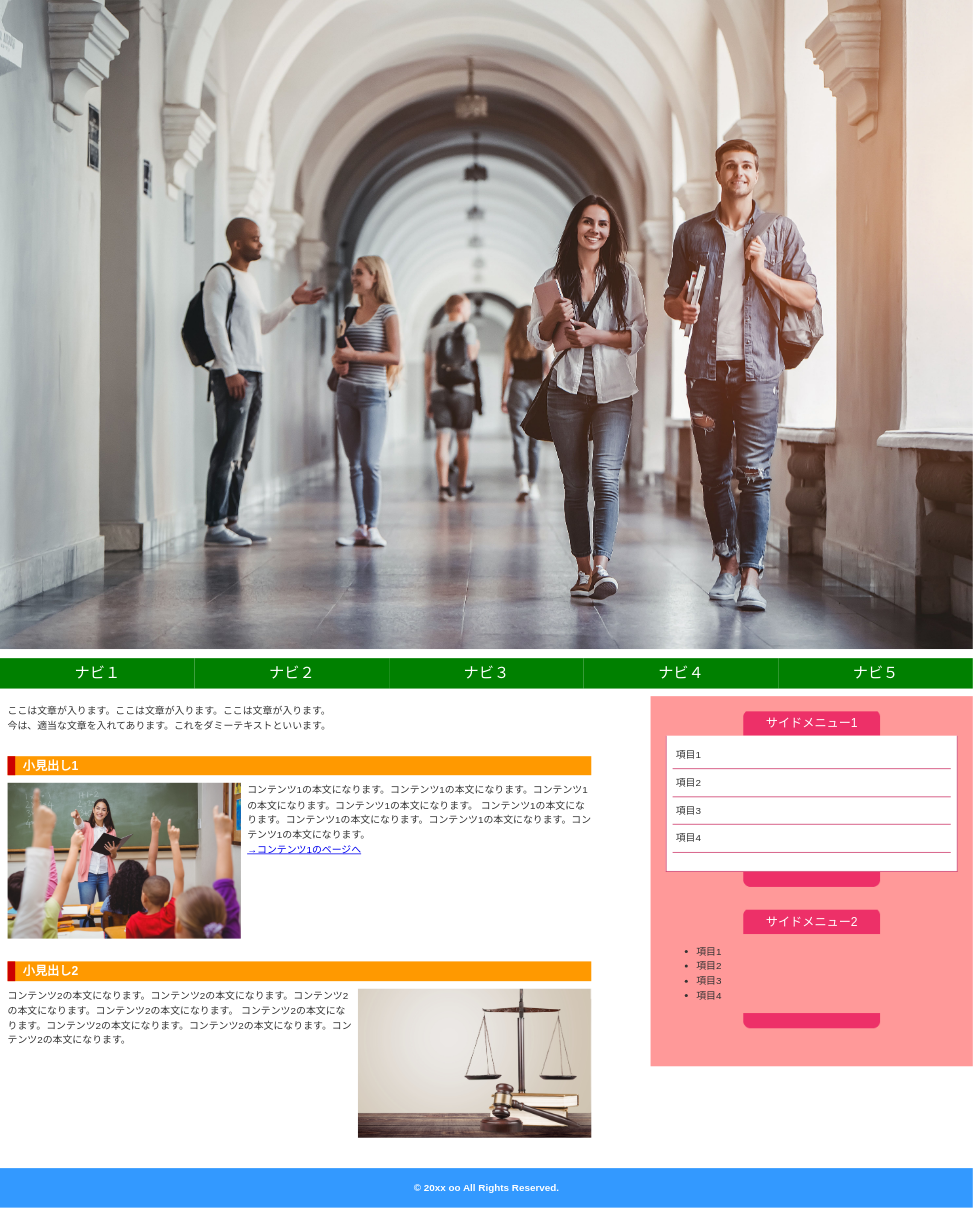
Repository: yoshi1924/samurai_HTML-CSS
Page: home.html
The author's editor kept a record of every edit. The page is drawn from the files as they stood at one moment, then again after the next edit.
The browser window is 1280 px wide. The pictures show the whole page, at 76% of full size.
The pointer rests on the first visible `#side .box .boxBody ul li`.

Above is the page before.

### home.html
    <!DOCTYPE html>
    <html lang="ja">
    <head>
        <meta charset="UTF-8">
        <title>HTML/CSSの学習</title>
        <link rel="stylesheet" href="stylesheet.css">
    </head>
    <body>
        <div id="header">
            <h1><a href="index.html"><img id="corridor" src="images/corridor.jpg" alt="大学の廊下" /></a></h1>
        </div>

        <div id="wrapper">
            <div id="nav">
                <ul>
                    <li><a href="home.html">ナビ１</a></li>
                    <li><a href="#">ナビ２</a></li>
                    <li><a href="#">ナビ３</a></li>
                    <li><a href="#">ナビ４</a></li>
                    <li><a href="#">ナビ５</a></li>
                </ul>
            </div>
        </div>
            <div id="container">
                <div id="main">
                    <div class="post">
                        <p>ここは文章が入ります。ここは文章が入ります。ここは文章が入ります。<br />今は、適当な文章を入れてあります。これをダミーテキストといいます。</p>
                    </div>
                    <div class="post clearfix">
                        <h2>小見出し1</h2>
                        <img class="left" src="images/classroom.jpg" alt="授業風景" />
                        <p>
                            コンテンツ1の本文になります。コンテンツ1の本文になります。コンテンツ1の本文になります。コンテンツ1の本文になります。
                            コンテンツ1の本文になります。コンテンツ1の本文になります。コンテンツ1の本文になります。コンテンツ1の本文になります。
                        </p>
                        <p><a href="#">→コンテンツ1のページへ</a></p>
                    </div>
                    <div class="post clearfix">
                        <h2>小見出し2</h2>
                        <img class="right" src="images/scale.jpg" alt="天秤" />
                        <p>
                            コンテンツ2の本文になります。コンテンツ2の本文になります。コンテンツ2の本文になります。コンテンツ2の本文になります。
                            コンテンツ2の本文になります。コンテンツ2の本文になります。コンテンツ2の本文になります。コンテンツ2の本文になります。
                        </p>
                    </div>
                </div>
                <div id="side">
                    <div class="box">
                        <h2>サイドメニュー1</h2>
                        <div class="boxBody">
                            <ul>
                                <li>項目1</li>
                                <li>項目2</li>
                                <li>項目3</li>
                                <li>項目4</li>
                            </ul>
                        </div>
                    </div>
                    <div class="box">
                        <h2>サイドメニュー2</h2>
                        <div class="<box></box>Body">
                            <ul>
                                <li>項目1</li>
                                <li>項目2</li>
                                <li>項目3</li>
                                <li>項目4</li>
                            </ul>
                        </div>
                    </div>
                </div>
            </div>
            <div id="footer">
            <p>&copy; 20xx oo All Rights Reserved.</p>
        </div>
    </body>
    </html>

### stylesheet.css
@charset "utf-8";

body {
    margin: 0;
    padding: 0;
    font-family: "ヒラギノ角ゴ Pro W3", "Hiragino Kaku Gothic Pro", "メイリオ", Meiryo, Osaka, "ＭＳ Ｐゴシック", "MS PGothic", sans-serif;
    color: #333;
    font-size: 13px;
    line-height: 150%;
}

/* -------------------- wrapper -------------------- */
#wrapper {
    width: 100%;
    margin: auto;
    padding: 0px;
    border: 0px;
    background-color: #FFF;
    top: 10px;
    position: relative;
}

/*  -------------------- header -------------------- */
#header {
    width: 100%;
}

#header h1 {
    margin: 0;
    padding: 0;
}

#corridor {
    width: 100%;
    height: auto;
}

/*  -------------------- footer -------------------- */
#footer {
    clear: both;
    width: 100%;
    padding: 3px 0 3px 0;
    background: #39F;
    color: #FFF;
    font-weight: bold;
    text-align: center;
}

/*  -------------------- nav -------------------- */
#nav {
    width: 100%;
}

#nav ul {
    margin: 0;
    padding: 0;
    list-style-type: none;
}

#nav ul li {
    float: left;
    width: 20%;
    text-align: center;
}

#nav ul li a {
    display: block;
    height: 20px;
    margin: 0;
    padding: 10px;
    color: #fff;
    font-size: 20px;
    text-decoration: none;
    background-color: green;
    border-left: 1px sloid white;
}

#nav ul li a:hover{
    filter: drop-shadow(10px 10px 10px black);
}



/* -------------------- container -------------------- */
#container {
    width: 100%;
    margin: auto;
    padding-top: 20px;
    clear: both;
}


/* -------------------- main -------------------- */
#main {
    float: left;
    width: 60%;
    padding: 10px 30px 10px 10px;
}

#main h2 {
    margin: 0 0 10px 0;
    padding: 3px 10px 3px 10px;
    color: #FFF;
    font-size: 16px;
    border-left: solid 10px #C00;
    background-color: #F90;
}

#main p {
    margin: 0;
    padding: 0;
}

#main .post {
    margin: 0 0 30px 0;
}

#main .post img.right {
    margin: 0 0 0 8px;
}

#main .post img.left {
    margin: 0 8px 0 0;
}

.right {
    float: right;
    width: 40%;
    height: auto;
}

.left {
    float: left;
    width: 40%;
    height: auto;
}

/* -------------------- clearfix -------------------- */
.clearfix {
    zoom: 1;
}

.clearfix:after{
    content: "";
    display: block;
    clear: both;
}

/* -------------------- side -------------------- */
#side {
	 float: right;
	 width: 30%;
	 padding: 20px;
	 background-color: #F99;
}
#side .box {
	 margin: 0 auto 30px auto;
	 padding: 0 0 20px 0;
	 background: url(images/side_box.png) bottom no-repeat;
}
#side .box h2 {
	 margin: 0;
	 padding: 8px;
	 text-align: center;
	 color: #fff;
	 font-size: 16px;
	 line-height: 16px;
	 font-weight: normal;
	 background: url(images/side_box_h2.png) center no-repeat;
}
#side .box .boxBody {
	 padding: 8px;
	 border-right: solid 1px #C36;
	 border-bottom: solid 1px #C36;
	 border-left: solid 1px #C36;
	 background: #fff;
}
#side .box .boxBody ul {
	 margin: 0 0 16px 0;
	 padding: 0;
}
#side .box .boxBody ul li {
	 padding: 8px 0 8px 4px;
	 list-style: none;
	 border-bottom: solid 1px #C36;
}

#side .box .boxbody ul li:hover{
    padding: 8px 0 8px 4px;
    list-style: none;
    border-bottom: solid 1px #C36;
    box-shadow: 0px 4px 4px rgba(0, 0, 0, 0.3);
}

After the next edit:
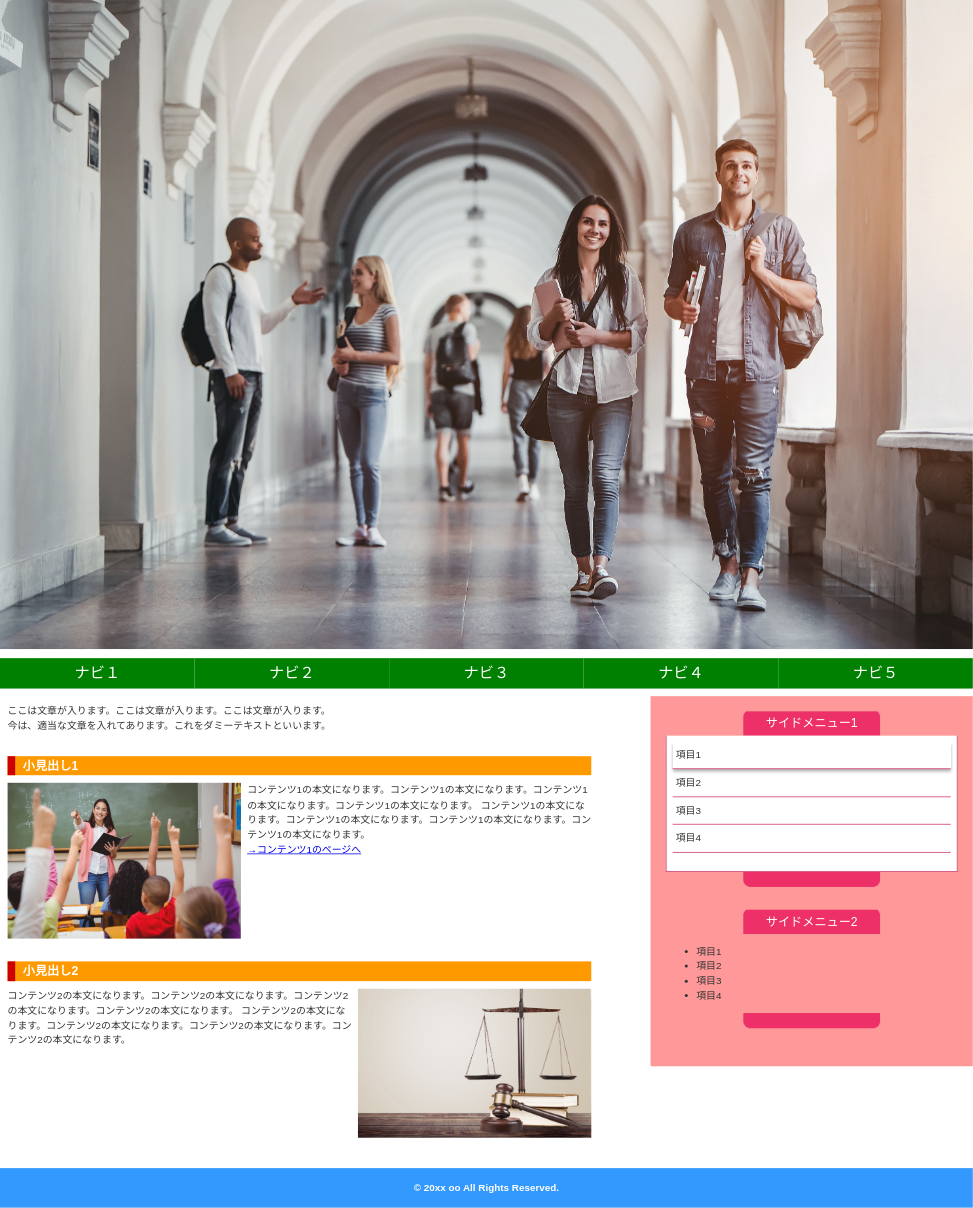
The edit:
--- a/stylesheet.css
+++ b/stylesheet.css
@@ -191,3 +191,10 @@ body {
     border-bottom: solid 1px #C36;
     box-shadow: 0px 4px 4px rgba(0, 0, 0, 0.3);
 }
+
+#side .box .boxBody ul li:hover {
+	padding: 8px 0 8px 4px;
+	list-style: none;
+	border-bottom: solid 1px #C36;
+	box-shadow: 0px 4px 4px rgba(0, 0, 0, 0.3);
+}
